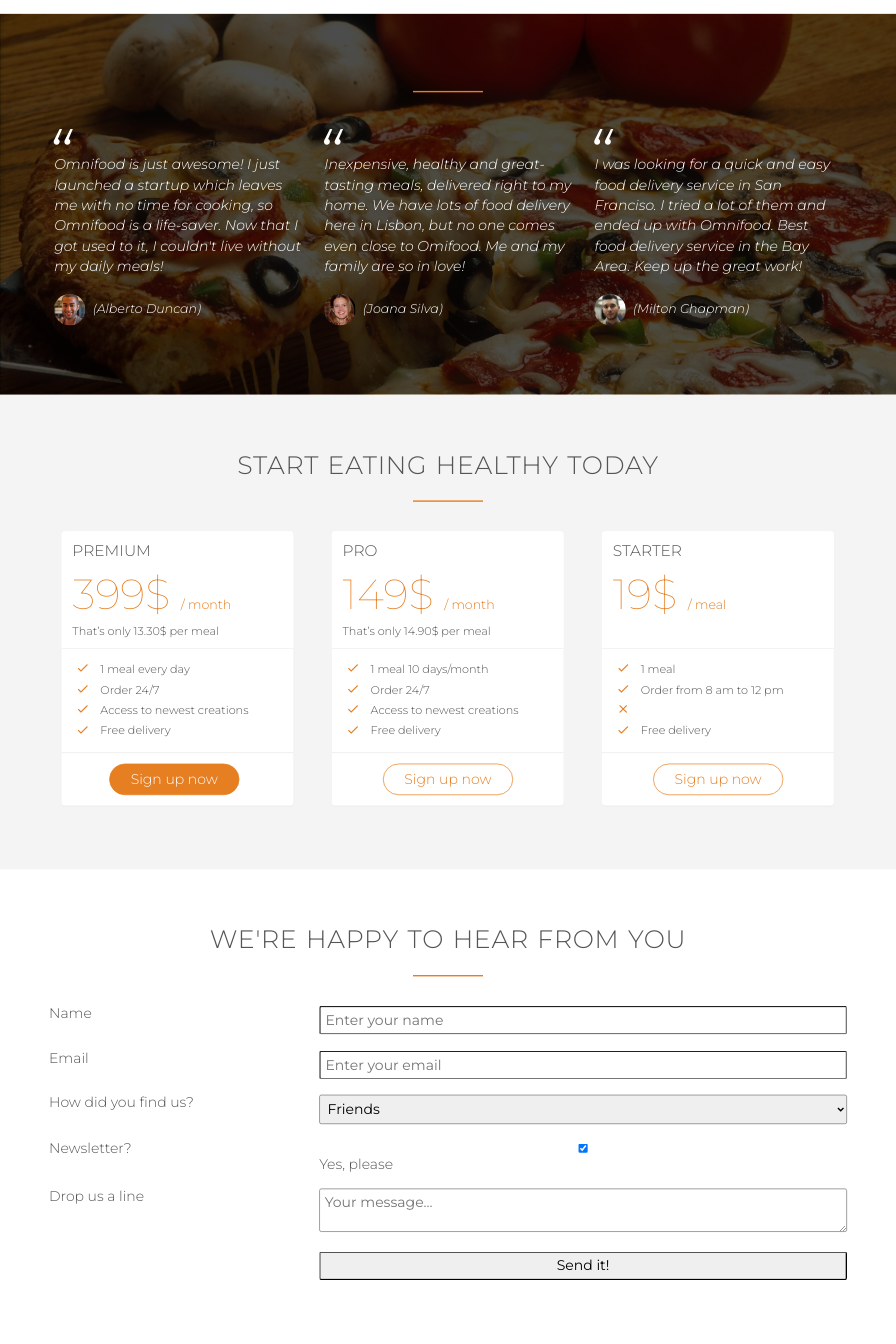
Repository: bbaryn/tasty-food-page
Page: index.html
These files come from the project's save history. The page is drawn as it stood at one moment and after the next save; the edit follows.
The browser window is 1280 px wide. The pictures show the part of the page from y = 3347 to 5267 px (the page is 5267 px tall before and 5212 px after), at 70% of full size.
Backgrounds fixed to the window are drawn as part of the page.

Above is the page before, as saved 2019-03-28 10:57:47.

After the next save:
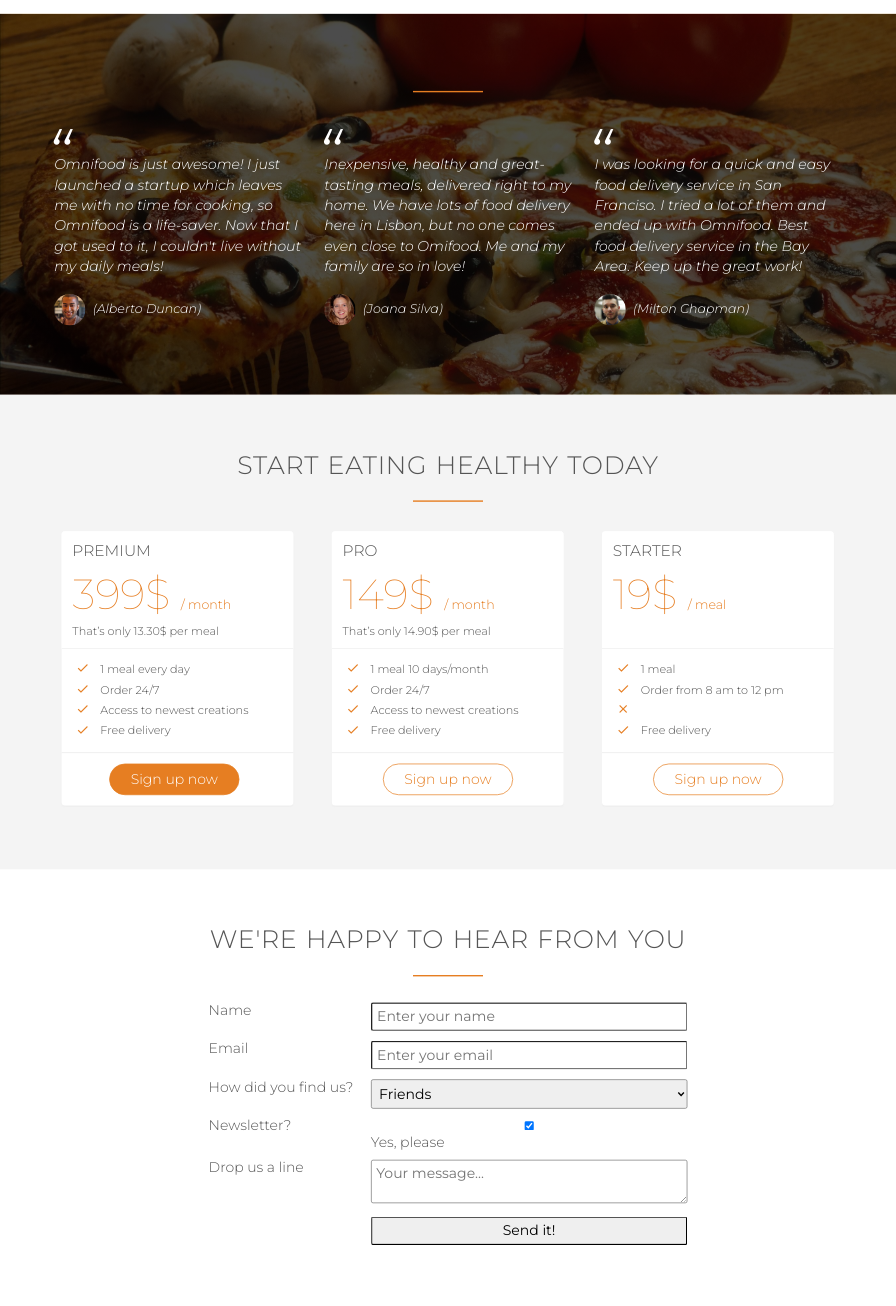
Saved 41 s later.
--- a/resources/css/style.css
+++ b/resources/css/style.css
@@ -455,8 +455,8 @@
 /* ----------------------------------------------- */
 
 .contact-form {
-    /* width: 60%; */
-    margin-top: 0 auto;
+    width: 60%;
+    margin: 0 auto;
 }
 
 input,
